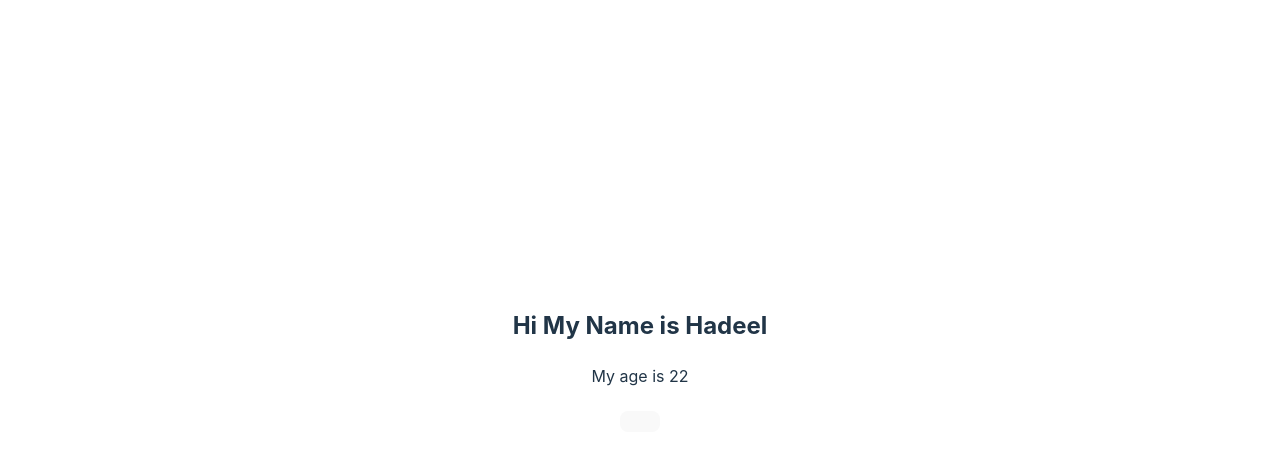
Repository: HadelAbdellatif/React_App5
Page: /
An editor plug-in stored every save of this project. The page is shown before and after the next save, followed by the edit.
The browser window is 1280 px wide. The pictures show the whole page.
The project was rebuilt for these pictures with package versions that can differ from the ones it lists, and the page was loaded fresh each time. Also part of the build but not shown: vite.config.js.

Above is the page before, as saved 2023-11-03 15:02:39.

After the next save:
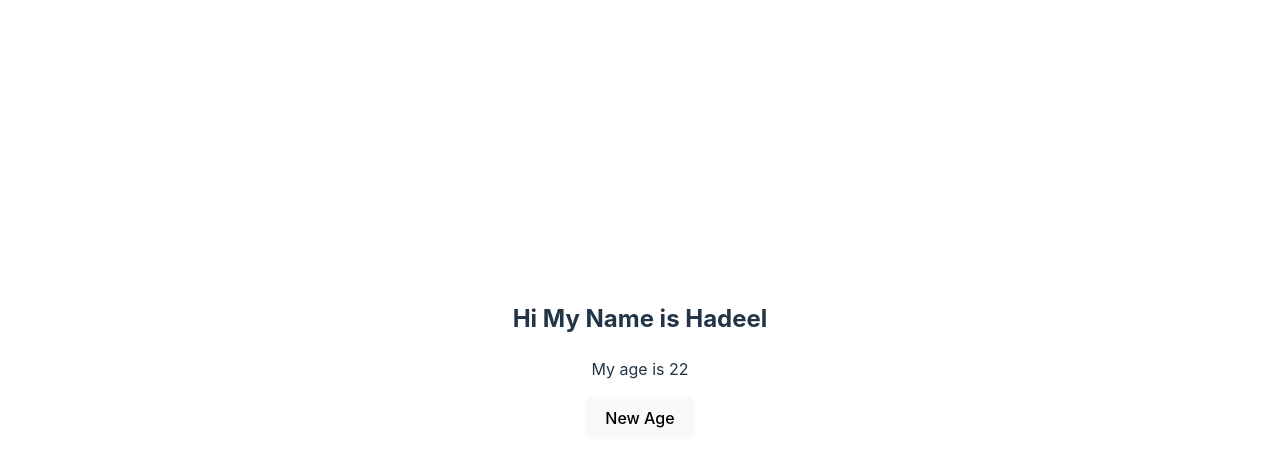
Saved 5 s later.
--- a/src/component/product/Product.jsx
+++ b/src/component/product/Product.jsx
@@ -13,7 +13,7 @@
     <>
     <h2>Hi My Name is Hadeel</h2>
     <p>My age is 22</p>
-    <button onClick={() => newAge(10)}></button>
+    <button onClick={() => newAge(10)}>New Age</button>
 
     </>
   )
